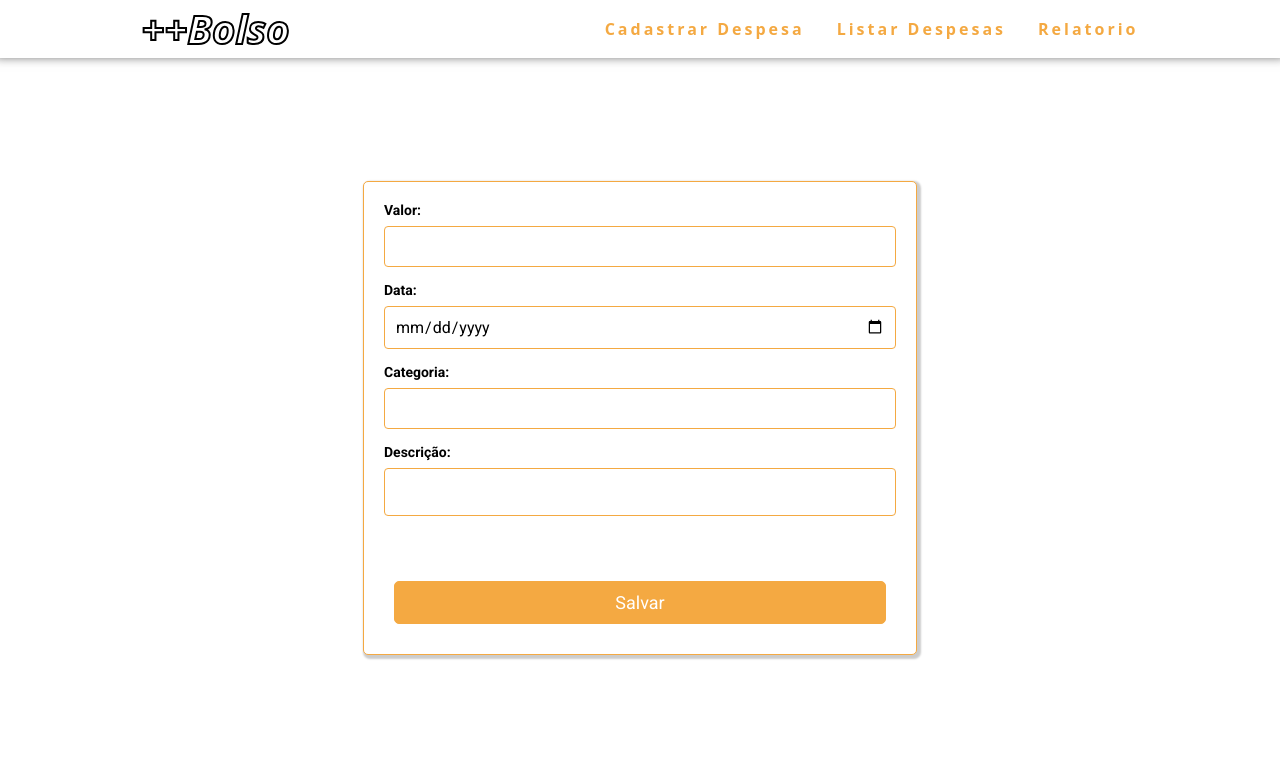
Repository: alexsanderkafka/java-servlets
Page: http://localhost/SaveMoney/cadastrarDespesa.jsp
An editor plug-in stored every save of this project. The page is shown before and after the next save, followed by the edit.
The browser window is 1280 px wide. The pictures show the whole page.
The page is served by Tomcat 9. Nobody is signed in. The application's start-up code is not run. Other server files are loaded and not shown.

Above is the page before, as saved 2024-10-12 13:07:09.

### SaveMoney/src/main/webapp/cadastrarDespesa.jsp
<%@ page language="java" contentType="text/html; charset=UTF-8"
    pageEncoding="UTF-8"%>
<!DOCTYPE html>
<html>
<head>
	<meta charset="UTF-8">
	<title>Cadastrar Despesa</title>
	<link rel="stylesheet" href="styles/style.css">
	<link rel="stylesheet" href="styles/style-cadastro.css">
</head>
<body>
	<header>
        <nav>
          <div class="logo">
          	<h1>++Bolso</h1>
          </div>
          <ul class="nav-list">
            <li><a href="###">Cadastrar Despesa</a></li>
            <li><a href="###">Listar Despesas</a></li>
            <li><a href="###">Relatorio</a></li>
          </ul>
        </nav>
    </header>

	<div class="container-initial">
        <div class="box-register">
        	<label>Valor: </label>
        	<input type="number">
        	<label>Data: </label>
        	<input type="date">
        	<label>Categoria: </label>
        	<input type="text">
        	<label>Descrição: </label>
        	<textarea rows="5" cols="2"></textarea>
        	<button class="primary-buttons">Salvar</button>
        </div>
    </div>
</body>
</html>

### SaveMoney/src/main/webapp/styles/style.css
@import url('https://fonts.googleapis.com/css2?family=Roboto:ital,wght@0,100;0,300;0,400;0,500;0,700;0,900;1,100;1,300;1,400;1,500;1,700;1,900&display=swap');

html, body, div, span, applet, object, iframe,
h1, h2, h3, h4, h5, h6, p, blockquote, pre,
a, abbr, acronym, address, big, cite, code,
del, dfn, em, img, ins, kbd, q, s, samp,
small, strike, strong, sub, sup, tt, var,
b, u, i, center,
dl, dt, dd, ol, ul, li,
fieldset, form, label, legend,
table, caption, tbody, tfoot, thead, tr, th, td,
article, aside, canvas, details, embed,
figure, figcaption, footer, header, hgroup,
menu, nav, output, ruby, section, summary,
time, mark, audio, video {
    margin: 0;
    padding: 0;
    border: 0;
    font-size: 100%;
    font: inherit;
    vertical-align: baseline;
}

html, body {
    height: 100%;
    margin: 0;
    padding: 0;
}


header{
    background-color: white;
    /* position: sticky;*/
    z-index: 999;
    top: -10px;
    box-shadow: 0 -6px 10px 5px rgba(0,0,0,0.6);
}

.logo h1{
    font-size: 40px;
    font-style: italic;
    font-weight: bold;
    color: #FFF;
    -webkit-text-stroke: 2px #000;
}

nav{
    display: flex;
    justify-content: space-around;
    align-items: center;
    font-family: system-ui, -apple-system, Helvetica, Arial, sans-serif;
    height: 8vh;
}

.nav-list{
    list-style: none;
    display: flex;
}

.nav-list li {
    letter-spacing: 3px;
    margin-left: 32px;
}

.nav-list li a{
    text-decoration: none;
    color: #F4A942;
    font-weight: bold;

}

.nav-list li a:hover{
	color: #f7b64e;
}


/*CSS INDEX*/
.container-initial {
    width: 100%;
    height: 100%;
    display: flex;
    flex-direction: column;
    justify-content: center;
    align-items: center;
}

.container-initial h1{
    font-size: 64px;
    font-family: "Roboto", system-ui;
    font-weight: 600;
    text-decoration: underline;
    text-decoration-color: #F4A942;
    margin-bottom: 25px;
}

.box-menu {
    width: 300px;
    height: 300px;
    background: white;
    border: 1px solid #F4A942;
    border-radius: 5px;
    display: flex;
    flex-direction: column;
    justify-content: center;
    box-shadow: 2px 2px 2px 2px rgba(0, 0, 0, 0.2);
}


.primary-buttons{
	margin: 10px;
	padding: 10px;
	border: 1px solid #F4A942;
	background: #F4A942;
	border-radius: 5px;
	color: white;
	font-weight: 400;
	font-family: "Roboto", system-ui;
	font-size: 18px;
	transition: background-color 0.5s ease;
}

.primary-buttons:hover{
	background-color: #f7b64e;
}

/*CSS PAGINA CADASTRO DE DESPESA*/
.container-initial {
    font-family: 'Roboto', sans-serif;
}

.box-register {
    width: 40%;
    height: 60%;
    background: white;
    border: 1px solid #F4A942;
    border-radius: 5px;
    padding: 20px;

    display: flex;
    flex-direction: column;
    box-shadow: 2px 2px 2px 2px rgba(0, 0, 0, 0.2);
}

.container-initial label {
    display: block;
    margin-bottom: 8px;
    font-weight: bold;
    font-size: 14px;
    color: #000;
}

.container-initial input,
.container-initial textarea {
    width: 100%;
    padding: 10px;
    margin-bottom: 15px;
    border: 1px solid #F4A942;
    border-radius: 4px;
    box-sizing: border-box;
    font-family: 'Roboto', sans-serif;
    font-size: 16px;
}

.container-initial textarea {
    resize: none;
}

.box-register .primary-buttons{
	margin-top: 50px;
}

/*CSS PAGINA LISTA DE DESPESAS*/
.container-list{
    margin-top: 100px;
    width: 100%;
    height: 100%;
    display: flex;
    flex-direction: column;
    align-items: center;

}

.box-list{
    /*background-color: #F4A942;*/
    width: 80%;
    height: auto;
    padding: 40px;
}

.box-list h1{
    font-family: 'Roboto', sans-serif;
    font-size: 25px;
    font-weight: 400;
    margin-bottom: 10px;
}

.list-tile{
    margin-top: 30px;
    width: 100%;
    height: auto;
    display: flex;
    flex-direction: row;
    border-radius: 5px;
    box-shadow: 4px 4px 10px rgba(0, 0, 0, 0.3);
    padding: 10px;
}

/*
.list-tile img{
    width: 64px;
    height: 64px;
}*/

.text-list-tile{
    margin-left: 12px;
    font-family: 'Roboto', sans-serif;
    display: flex;
    flex-direction: column;
}

.text-list-tile h1{
    font-weight: bold;
}

.container-text-button{
    width: 100%;
    display: flex;
    flex-direction: row;
    justify-content: space-between;
}

.container-text-button button{
    border-color: transparent;
    border-radius: 5px;
    background-color: #F22624;
    width: 50px;
    transition: background-color 0.5s ease;
}

.container-text-button button:hover{
    background-color: #e9605e;
}

.container-text-button button:active{
    background-color: #F22624;
}

Loaded but not shown: SaveMoney/src/main/webapp/styles/style-cadastro.css (common file)

After the next save:
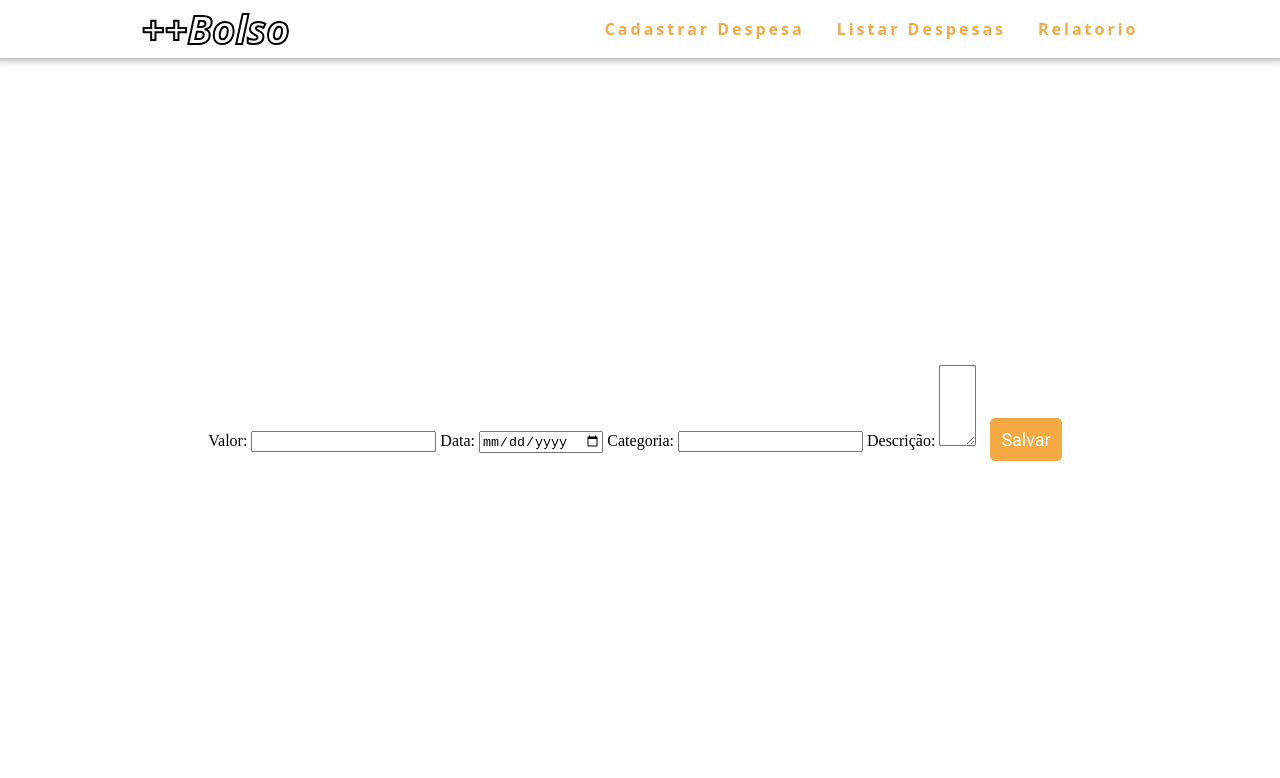
Saved 24 s later.
--- a/SaveMoney/src/main/webapp/styles/style.css
+++ b/SaveMoney/src/main/webapp/styles/style.css
@@ -123,52 +123,6 @@
 	background-color: #f7b64e;
 }
 
-/*CSS PAGINA CADASTRO DE DESPESA*/
-.container-initial {
-    font-family: 'Roboto', sans-serif;
-}
-
-.box-register {
-    width: 40%;
-    height: 60%;
-    background: white;
-    border: 1px solid #F4A942;
-    border-radius: 5px;
-    padding: 20px;
-
-    display: flex;
-    flex-direction: column;
-    box-shadow: 2px 2px 2px 2px rgba(0, 0, 0, 0.2);
-}
-
-.container-initial label {
-    display: block;
-    margin-bottom: 8px;
-    font-weight: bold;
-    font-size: 14px;
-    color: #000;
-}
-
-.container-initial input,
-.container-initial textarea {
-    width: 100%;
-    padding: 10px;
-    margin-bottom: 15px;
-    border: 1px solid #F4A942;
-    border-radius: 4px;
-    box-sizing: border-box;
-    font-family: 'Roboto', sans-serif;
-    font-size: 16px;
-}
-
-.container-initial textarea {
-    resize: none;
-}
-
-.box-register .primary-buttons{
-	margin-top: 50px;
-}
-
 /*CSS PAGINA LISTA DE DESPESAS*/
 .container-list{
     margin-top: 100px;
